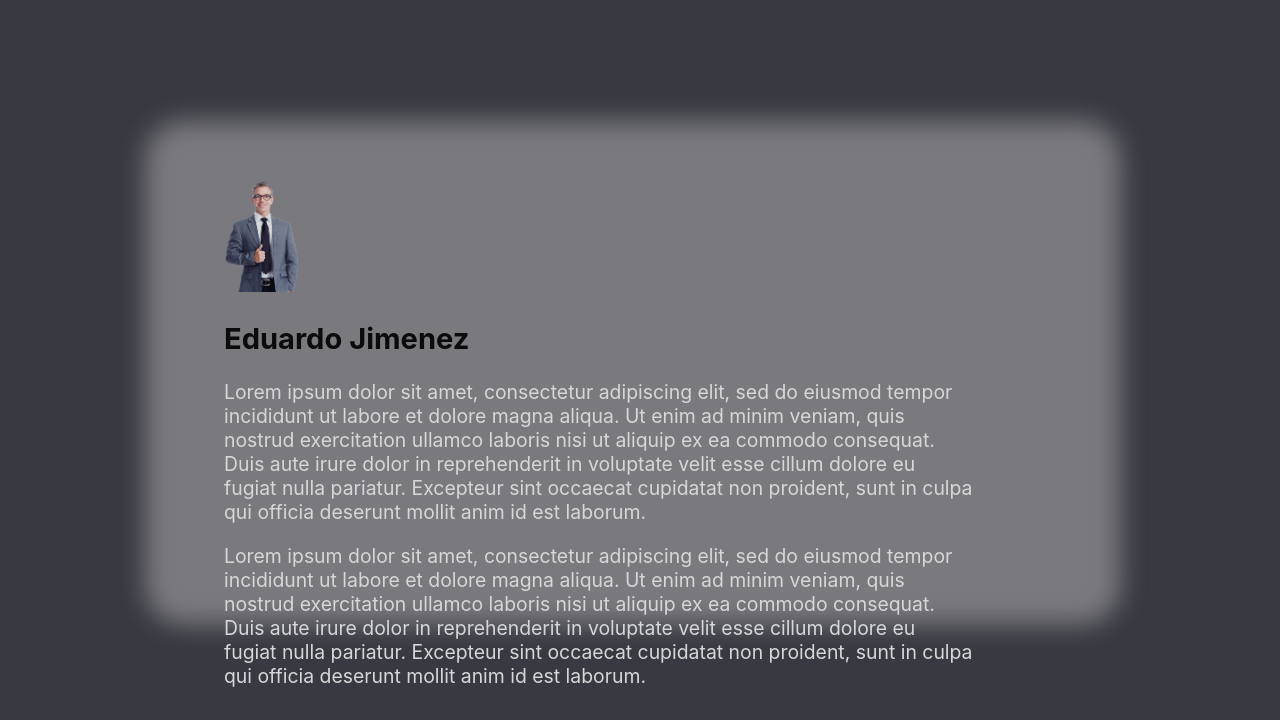
Repository: l8nightswithJS/react-my-portfolio
Page: /
These files come from the project's save history. The page is drawn as it stood at one moment and after the next save; the edit follows.
The browser window is 1280 px wide. The pictures show the whole page.
The project was rebuilt for these pictures with package versions that can differ from the ones it lists, and the page was loaded fresh each time.

Above is the page before, as saved 2021-04-29 13:12:32.

### src/App.js
import SplashPage from './pages/splashPage';

function App() {
  return (
    <SplashPage />
  );
}

export default App;

### src/pages/splashPage.js
import '../App.css';
import img from "../images/businessman.png"

function SplashPage() {
    return (
        <div className="App">
            <header className="App-header">
                <section>
                    <div>
                        <img src={img} alt="buisness man img"/>
                        <h1>Eduardo Jimenez</h1>
                        <p>Lorem ipsum dolor sit amet, consectetur adipiscing elit, sed do eiusmod tempor incididunt ut labore et dolore magna aliqua. Ut enim ad minim veniam, quis nostrud exercitation ullamco laboris nisi ut aliquip ex ea commodo consequat. Duis aute irure dolor in reprehenderit in voluptate velit esse cillum dolore eu fugiat nulla pariatur. Excepteur sint occaecat cupidatat non proident, sunt in culpa qui officia deserunt mollit anim id est laborum.</p>

                        <p>Lorem ipsum dolor sit amet, consectetur adipiscing elit, sed do eiusmod tempor incididunt ut labore et dolore magna aliqua. Ut enim ad minim veniam, quis nostrud exercitation ullamco laboris nisi ut aliquip ex ea commodo consequat. Duis aute irure dolor in reprehenderit in voluptate velit esse cillum dolore eu fugiat nulla pariatur. Excepteur sint occaecat cupidatat non proident, sunt in culpa qui officia deserunt mollit anim id est laborum.</p>

                    </div>
                </section>
            </header>
        </div>
    );
}

export default SplashPage;

### src/App.css
.App {
  height: 100vh;
  width: 100%;
  background-color: rgb(56, 58, 65);
}

section {
  position: fixed;
  top: 0;
  bottom: 0;
  left: 0;
  right: 0;
  background-color: rgb(139, 138, 142);
  height: 50vh;
  width: 65vw;
  margin: auto;
  font-size: calc(5px + 2vmin);
  color: white;
  box-shadow: -1vh 1vw 2vw 10vh rgb(139, 138, 142);
  opacity: .8;
  border-radius: 1.5vh;
}

section div {
  max-width: 90%;
  max-height: 90%;
}

section div h1 {
  color: black;
}

section div img {
  width: 10%;
  height: 12%;
}

Loaded but not shown: public/index.html (common file); src/index.js (common file); src/index.css (common file); src/reportWebVitals.js (common file)

After the next save:
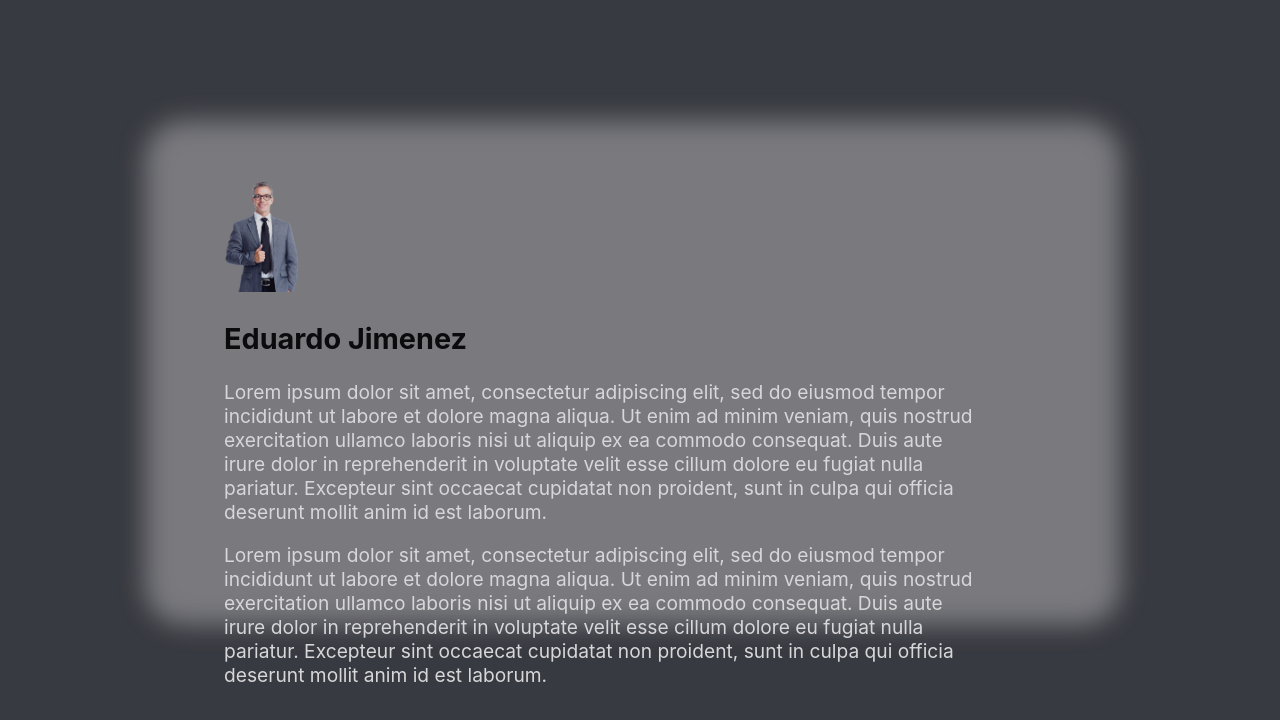
Saved 23 s later.
--- a/src/App.css
+++ b/src/App.css
@@ -14,7 +14,7 @@ section {
   height: 50vh;
   width: 65vw;
   margin: auto;
-  font-size: calc(5px + 2vmin);
+  font-size: 1.2em;
   color: white;
   box-shadow: -1vh 1vw 2vw 10vh rgb(139, 138, 142);
   opacity: .8;
